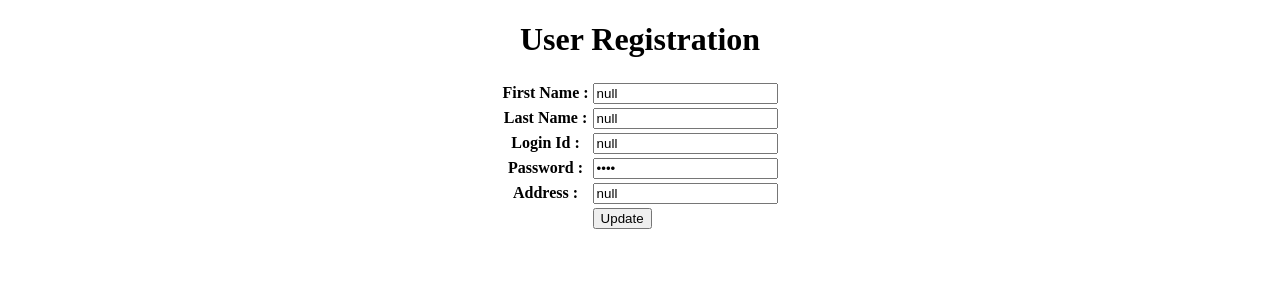
Repository: HimanshuJain1991/ProjectModuleUseCase
Page: http://localhost/Practice/UserView.jsp
An editor plug-in stored every save of this project. The page is shown before and after the next save, followed by the edit.
The browser window is 1280 px wide. The pictures show the whole page.
The page is served by Tomcat 9. Other server files are loaded and not shown.

Above is the page before, as saved 2024-02-27 20:18:38.

### Practice/src/main/webapp/UserView.jsp
<%@page import="in.co.rays.dto.UserDTO"%>
<%@ page language="java" contentType="text/html; charset=ISO-8859-1"
    pageEncoding="ISO-8859-1"%>
<!DOCTYPE html>
<html>
<head>
<meta charset="ISO-8859-1">
<title>Insert title here</title>
</head>
<body>
<%
UserDTO dto=new UserDTO();
%>
<form action="UserCtl" method="post">
		<center>
			<table>
			<h1>User Registration</h1>
				<tr>
					<th>First Name :</th>
					<td><input type="text" name="firstName" value="<%=dto.getFirstName() %>"></td>
				</tr>
				<tr>
					<th>Last Name :</th>
					<td><input type="text" name="lastName" value="<%=dto.getLastName()%>"></td>

				</tr>
				<tr>
					<th>Login Id :</th>
					<td><input type="text" name="loginId" value="<%=dto.getLoginId()%>"></td>

				</tr>
				<tr>
					<th>Password :</th>
					<td><input type="password" name="password" value="<%=dto.getPassword()%>"  ></td>

				</tr>
				<%-- <tr>
					<th>DOB :</th>
					<td><input type="date" name="dob" value="<%=dto.getDob()%>"></td>

				</tr> --%>
				<tr>
					<th>Address :</th>
					<td><input type="text" name="address" value="<%=dto.getAddress()%>"></td>

				</tr>
				<tr>
					<th></th>
					<td><button type="submit" name="operation">Update</button></td>
				</tr>


				</center>
				</form>
</body>
</html>

### Practice/src/main/java/in/co/rays/dto/UserDTO.java
package in.co.rays.dto;

import java.util.Date;

public class UserDTO {
	private int id=0;
	private String firstName=null;
	private String lastName=null;
	private String loginId=null;
	private String password=null;
	private Date dob;
	private String address=null;
	public int getId() {
		return id;
	}
	public void setId(int id) {
		this.id = id;
	}
	public String getFirstName() {
		return firstName;
	}
	public void setFirstName(String firstName) {
		this.firstName = firstName;
	}
	public String getLastName() {
		return lastName;
	}
	public void setLastName(String lastName) {
		this.lastName = lastName;
	}
	public String getLoginId() {
		return loginId;
	}
	public void setLoginId(String loginId) {
		this.loginId = loginId;
	}
	public String getPassword() {
		return password;
	}
	public void setPassword(String password) {
		this.password = password;
	}
	public Date getDob() {
		return dob;
	}
	public void setDob(Date dob) {
		this.dob = dob;
	}
	public String getAddress() {
		return address;
	}
	public void setAddress(String address) {
		this.address = address;
	}


}

After the next save:
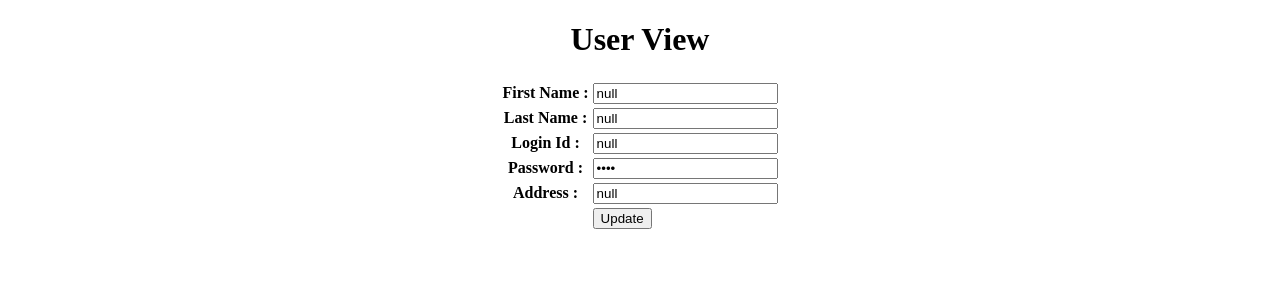
Saved 11 s later.
--- a/Practice/src/main/webapp/UserView.jsp
+++ b/Practice/src/main/webapp/UserView.jsp
@@ -14,7 +14,7 @@ UserDTO dto=new UserDTO();
 <form action="UserCtl" method="post">
 		<center>
 			<table>
-			<h1>User Registration</h1>
+			<h1>User View</h1>
 				<tr>
 					<th>First Name :</th>
 					<td><input type="text" name="firstName" value="<%=dto.getFirstName() %>"></td>
